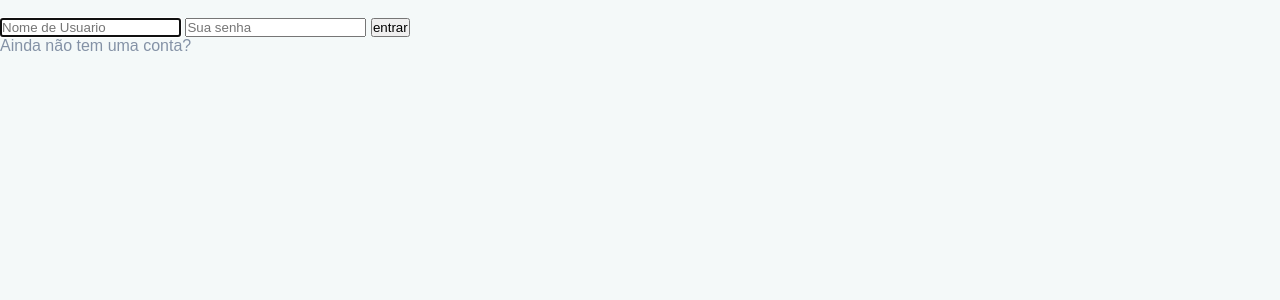
Repository: ichumbo/StarkDashboard
Page: login.html
These files come from the project's save history. The page is drawn as it stood at one moment and after the next save; the edit follows.
The browser window is 1280 px wide. The pictures show the whole page.

Above is the page before, as saved 2023-06-14 00:17:39.

### login.html
<!DOCTYPE html>
<html lang="pt-br">
<head>

    <meta charset="UTF-8">
    <meta http-equiv="X-UA-Compatible" content="IE=edge">
    <meta name="viewport" content="width=device-width, initial-scale=1.0">
    <title>Quadify</title>
    <!--CSS-->
    <link rel="stylesheet" href="css/style.css">
    <!--Icons-->
    <link rel="stylesheet" href="https://maxst.icons8.com/vue-static/landings/line-awesome/font-awesome-line-awesome/css/all.min.css">
    <link rel="stylesheet" href="https://maxst.icons8.com/vue-static/landings/line-awesome/line-awesome/1.3.0/css/line-awesome.min.css">

</head>
<body>
    <section class="area-login">
        <div class="login">
            <div>
                <img src="" alt="">
            </div>

            <form method="POST">
                <input type="text" name="Nome" placeholder="Nome de Usuario" autofocus>
                <input type="password" name="Senha" placeholder="Sua senha">
                <input type="submit" value="entrar">
            </form>
            <p>Ainda não tem uma conta?</p>
        </div>
    </section>
</body>
</html>

### css/style.css
@import url(./global.css);
@import url(./color.css);
@import url(./sidebar.css);
@import url(./header.css);
@import url(./main.css);

/*------------------------------------------------------------------------------------------------------------------------------------------*/

#menu-toggle {
    display: none;
}

### css/global.css
@import url('https://fonts.googleapis.com');

* {
    font-family: 'Nunito', sans-serif;
    text-decoration: none;
    list-style-type: none;
    padding: 0;
    margin: 0;
    box-sizing: border-box;
}

body {
    color: var(--main-text);
    background: var(--bg-body);
}

.icon-header {
    width: 200px;
    margin-left: -30px;
    margin-top: 10px;
}

.photo-header {
    width: 100px;

}

.btn {
    border: none;
    outline: none;
    border-radius: 20px;
    padding: .6rem 2rem;
    display: flex;
    align-items: center;
}

.btn-white {
    background: var(--color-white);
}

.btn span {
    font-size: 1.5rem;
    display: inline-block;
    margin-left: .6rem;
}

.page-wrapper {
    width: 93%;
    margin: auto;
    display: flex;
}

.page-wrapper::before {
    content: "";
    width: 100%;
    height: 430px;
    position: absolute;
    left: 0;
    top: 0;
    background: var(--bg-body-dark);
    z-index: -1;
    border-radius: 0px 0px 0px 100px;
    box-shadow: var(--shadow);
}

### css/color.css
:root {
    --color-main: #16BF78;
    --color-secondary: #0A5938;
    --color-3: #16BF78;
    --color-4: #0A5938;
    --color-dark: #100F0F;
    --color-dark-secundary: #181823;
    --bg-body-dark: #0D1F22;
    --bg-body: #F4F9F9;
    --color-white: #FFFFFF;
    --main-accent: #DC8449;
    --main-text: #8492A6;
    --success: #28A745;
    --danger: #DC3545;
    --shadow: rgba(0, 0, 0, 0.15) 0px 2px 8px;
    --shadow2: 6px 5px 5px rgba(125, 141, 161, 0.3);
}

### css/sidebar.css
.sidebar {
    width: 250px;
    margin-left: 40px;
}

.brand {
    height: 70px;
    display: flex;
    align-items: center;
    padding-left: 3rem;
}

.brand h3 {
    font-size: 1.8rem;
    color: var(--color-white);
}

/*-----------------------------------------------PROFILE----------------------------------------------*/

.profile-card {
    text-align: center;
    margin: 1rem 0rem;
}

.profile-img {
    height: 120px;
    width: 120px;
    border-radius: 50%;
    margin: auto;
    background-size: cover;
    background-repeat: no-repeat;
    margin-top: 1.8rem;
    margin-bottom: 1.3rem;
}

.profile-info {
    color: var(--color-white);
}

.profile-info h2 {
    margin-bottom: .3rem;
}

.profile-info small {
    font-size: 1rem;
    color: #EFEFEF;
}

.profile-action {
    margin: 1.7rem;
}

.profile-icons {
    display: flex;
    justify-content: space-between;
    align-items: center;
    margin-bottom: 3.8rem;
}

.profile-icons span {
    display: inline-block;
    color: var(--color-white);
    font-size: 1.65rem;
}

/*-----------------------------------------------MENU----------------------------------------------*/

.sidebar-menu {
    display: grid;
    grid-template-columns: repeat(2, 1fr);
    grid-gap: 1.8rem;
}

.menu-item a {
    display: block;
    width: 100%;
    padding: 1rem 0rem;
   border-radius: 10px;
}

.menu-item a span {
    display: block;
    text-align: center;
    color: var(--main-text);
    font-size: 1.1rem;
}

.menu-item a span:first-child {
    font-size: 2rem;
    margin-bottom: .4rem;
}

.menu-item a.active {
    background: var(--color-main);
}

.menu-item a.active span {
    color: var(--color-white);
}

/*-----------------------------------------------Cards----------------------------------------------*/

.sidebar-card {
    padding: 1rem;
    border-radius: 10px;
    background: var(--color-main);
    margin: 2rem 0rem;
    color: var(--color-white);
}

.sidebar-card h3 {
    margin-bottom: 1rem;
    font-size: 1.4rem;
}

.sidebar-card p {
    line-height: 1.9rem;
    margin-bottom: 1rem;
    font-size: .9rem;
    text-align: justify;
}

.sidebar-card a {
    text-align: center;
    font-weight: 600;
    color: var(--main-text);
    display: block;
    font-size: 1.1rem;
}

### css/header.css
.main-content {
    padding: 0 20px 0px 60px;
    flex: 1;
}

header {
    display: flex;
    justify-content: space-between;
    align-items: center;
    height: 50px;
    border-bottom: 2px solid var(--color-4);
    padding-top: 1rem;
    color: var(--color-white)
}

header label {
    display: inline-block;
    font-size: 1.4rem;
}

.head-icons {
    display: flex;
    align-items: center;
}

.head-icons span {
    margin-left: 1rem;
    display: inline-block;
    font-size: 1.2rem;
}

### css/main.css
.page-header {
    color: var(--color-white);
    margin: 1rem 0rem;
}

.analytics {
    display: grid;
    grid-template-columns: 65% auto;
    grid-gap: 2rem;
    margin-top: 3rem;
}

.card {
    background: var(--color-white);
    border-radius: 10px;
    box-shadow: var(--shadow);
}

.card-head {
    font-size: 1rem;
    color: var(--color-main);
    font-weight: 600;
    padding: 1rem 2rem;
    border-bottom: 1px solid var(--color-main);
}

.card-body {
    padding: 1.5rem 2rem;
}

.sales-card .card-body {
    padding: .3rem;
}

.card-footer {
    padding: 1rem;
}

.chart-wrapper {
    padding-top: 1rem 0rem;
}

After the next save:
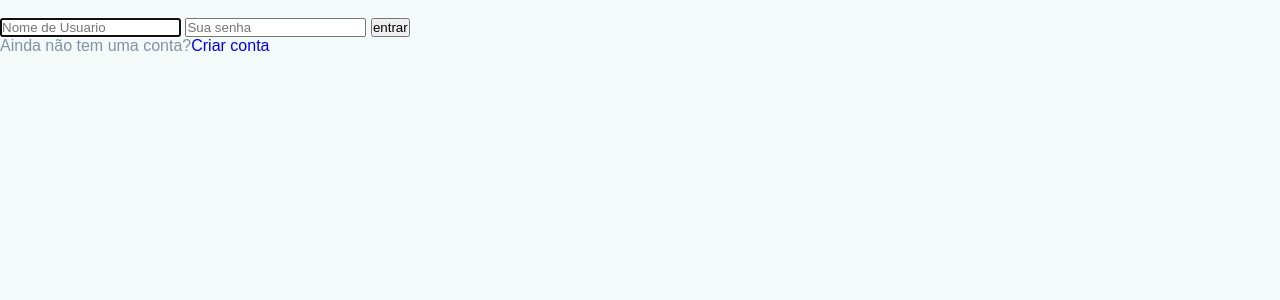
Saved 20 s later.
--- a/login.html
+++ b/login.html
@@ -25,7 +25,7 @@
                 <input type="password" name="Senha" placeholder="Sua senha">
                 <input type="submit" value="entrar">
             </form>
-            <p>Ainda não tem uma conta?</p>
+            <p>Ainda não tem uma conta?<a href="#">Criar conta</a></p>
         </div>
     </section>
 </body>
